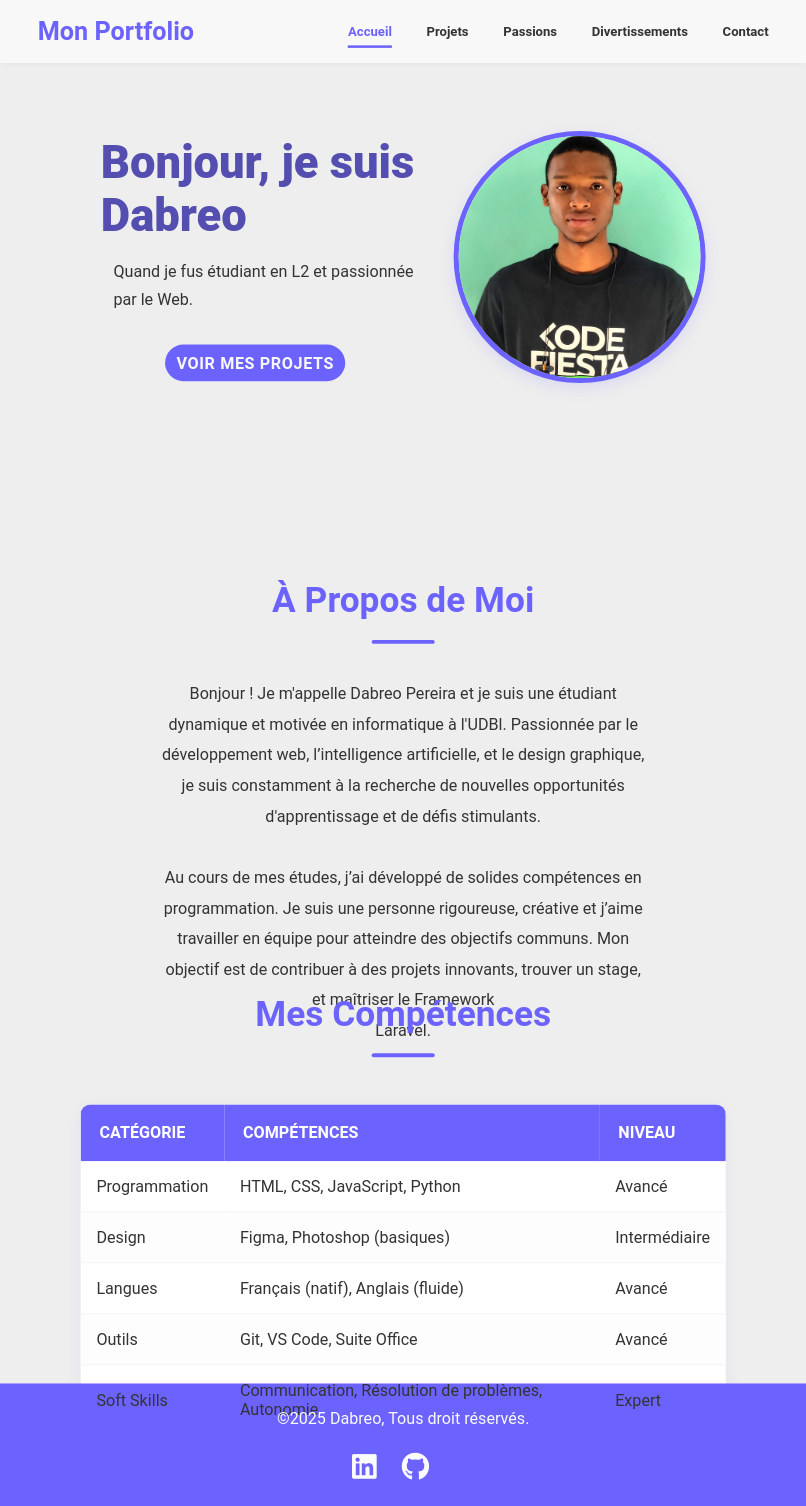
Repository: AnonymeDab/Mon_Porfolio
Page: index.html
These files come from the project's save history. The page is drawn as it stood at one moment and after the next save; the edit follows.
The browser window is 1280 px wide. The pictures show the whole page, at 63% of full size.

Above is the page before, as saved 2025-07-10 15:14:36.

### index.html
<!DOCTYPE html>
<html lang="fr">
<head>
    <meta charset="UTF-8">
    <title>Mon Portfolio</title>
    <link rel="stylesheet" href="style.css">
    <!-- FontAwesome pour les icônes réseaux sociaux -->
    <link rel="stylesheet" href="https://cdnjs.cloudflare.com/ajax/libs/font-awesome/6.4.2/css/all.min.css">
    <!-- <style>
        .mes_competences tbody tr {
            transition: background-color 0.3s ease, transform 0.2s ease;
        }

        .mes_competences tbody tr:hover {
            background-color: #f0f0f0;
            transform: translateY(-5px);
        }

        .mes_competences table td {
            background: transparent; /* <-- Important : laisse la couleur de fond à la ligne */
        }
    </style> -->
</head>
<body>
    <header>
        <h1>Mon Portfolio</h1>
        <nav>
            <ul class="lien_entete">
                <li><a href="index.html" class="active">Accueil</a></li>
                <li><a href="projets.html">Projets</a></li>
                <li><a href="passion.html">Passions</a></li>
                <li><a href="divertissements.html">Divertissements</a></li>
                <li><a href="contacts.html">Contact</a></li>
            </ul>
        </nav>
    </header>

    <section class="acceuil">
        <div class="contenue_acceuil">
            <h1>Bonjour, je suis Dabreo</h1>
            <p>Quand je fus étudiant en L2 et passionnée par le Web.</p>
            <div class="lien_entete">
                <a class="an" href="projets.html">VOIR MES PROJETS</a>
            </div>
        </div>
        <div class="image_acceuil">
            <img src="image/photo_retouchee_pro.png" alt="Image d'accueil">
        </div>

    </section>

    <section class="apropos">
        <h1>À Propos de Moi</h1>
        <p>Bonjour ! Je m'appelle Dabreo Pereira et je suis une étudiant
            dynamique et motivée en informatique à l'UDBl. Passionnée par
            le développement web, l’intelligence artificielle, et le design
            graphique, je suis constamment à la recherche de nouvelles opportunités
             d'apprentissage et de défis stimulants.<br><br>
            Au cours de mes études,
            j’ai développé de solides compétences
            en programmation. Je suis une personne rigoureuse,
            créative et j’aime travailler en équipe pour atteindre des
            objectifs communs. Mon objectif est de contribuer à des projets
            innovants, trouver un stage, et maîtriser le Framework <br> Laravel.</p>

    </section>

    <section class="mes_competences">
        <h1>Mes Compétences</h1>
        <table>
            <thead>
                <tr>
                    <th>CATÉGORIE</th>
                    <th>COMPÉTENCES</th>
                    <th>NIVEAU</th>
                </tr>
            </thead>
            <tbody>
                <tr>
                    <td>Programmation</td>
                    <td>HTML, CSS, JavaScript, Python</td>
                    <td>Avancé</td>
                </tr>
                <tr>
                    <td>Design</td>
                    <td>Figma, Photoshop (basiques)</td>
                    <td>Intermédiaire</td>
                </tr>
                <tr>
                    <td>Langues</td>
                    <td>Français (natif), Anglais (fluide)</td>
                    <td>Avancé</td>
                </tr>
                <tr>
                    <td>Outils</td>
                    <td>Git, VS Code, Suite Office</td>
                    <td>Avancé</td>
                </tr>
                <tr>
                    <td>Soft Skills</td>
                    <td>Communication, Résolution de problèmes, Autonomie</td>
                    <td>Expert</td>
                </tr>
            </tbody>

        </table>
    </section>

    <footer>
        ©2025 Dabreo, Tous droit réservés.
        <div class="lin_footer">
            <a href="https://www.linkedin.com/in/tonprofil" target="_blank">
                <i class="fab fa-linkedin fa-2x"></i>
            </a>
            <a href="https://github.com/tonprofil" target="_blank">
                <i class="fab fa-github fa-2x"></i>
            </a>
            <a href="https://twitter.com/tonprofil" target="_blank">
                <i class="fab fa-x-twitter fa-2x"></i>
            </a>
        </div>
    </footer>
</body>
</html>

### style.css
:root {
    --primary-color: #F8F8F8;
    --secondary-color: #6C63FF;
    --text-color: #333;
    --violet-fonce: #534EB0;
    --header-height: 100px;
    --footer-height: 120px;
    --gris-claire:#EEE;
    --gris-tres-claire:#F8F8F8;
    --orange-vif:#FFA726;
    --taille-ecrit:1.6rem;

}

* {
    margin: 0;
    padding: 0;
    box-sizing: border-box;
}

body {
    background: #EEE;
    font-family: 'Roboto', Arial, sans-serif;
    color: var(--text-color);
    min-height: 100vh;
}

/* ===== HEADER ===== */
header {
    width: 100%;
    height: var(--header-height);
    background: var(--primary-color);
    display: flex;
    align-items: center;
    justify-content: space-between;
    padding: 0 60px;
    box-shadow: 0 2px 10px rgba(0,0,0,0.05);
    position: sticky;
    top: 0;
    z-index: 1000;
}

header h1 {
    font-size: 2.5rem;
    color: var(--secondary-color);
    font-weight: bold;
}


.lien_entete {
    display: flex;
    gap: 30px;
    align-items: center;
    list-style: none;
}

ul li {
    margin-left: 25px;
}

.lien_entete a {
    color: var(--text-color);
    text-decoration: none;
    font-size: 1.3rem;
    font-weight: bold;
    padding: 10px 0;
    position: relative;
    /* border-bottom: 2px solid var(--secondary-color);
    border-bottom: 5px;*/
    transition: width 0.3s ease;
}


.lien_entete a:hover {
    color: var(--secondary-color);
    border-bottom: 4px solid var(--secondary-color);

}

.lien_entete a::after {
    width: 0;
    left: 0;
    bottom: 0;
    content: "";
    position: absolute;
    height: 2.5px;
    /* font-weight: bold; */
    background-color: var(--secondary-color);
    transition: width 0.3s ease;

}

.lien_entete a:hover a::after{
    width: 100%;
}

.lien_entete a.active {
    color: var(--secondary-color);
    border-bottom: 4px solid var(--secondary-color);


}

.lien_entete a.active a::after{
    width: 100%;
}


/* ===== ACCUEIL ===== */
.acceuil {
    width: 75%;
    height: 100vh;
    margin: -50px auto 150px auto;
    display: flex;
    align-items: center;
    justify-content: space-between;
    gap: 50px;
    min-height: 450px;
}

.contenue_acceuil {
    min-width: 40%;
    flex: 1;
    display: flex;
    flex-direction: column;
    justify-content: center;
}

.acceuil h1 {
    font-size: 4.5rem;
    color: var(--violet-fonce);
    font-weight: 800;
    margin-bottom: 25px;
}

.acceuil p {
    margin-left: 20px;
    font-size: var(--taille-ecrit);
    margin-bottom: 50px;
    line-height: 1.7;
}

.acceuil .an {
    background: var(--secondary-color);
    color: var(--primary-color);
    margin-left: 20%;
    display: inline-block;
    padding: 14px 18px;
    border-radius: 35px;
    font-weight: bold;
    font-size: 1.6rem;
    text-decoration: none;
    text-transform: uppercase;
    letter-spacing: 1px;
    cursor: pointer;
    /* box-shadow: 0 5px 20px rgba(108, 99, 255, 0.15); */
    transition: background-color 0.3s ease, transform 0.2s ease;
    width: fit-content;
    /* margin-top: 0.1rem; */
}
.acceuil .an:hover {
    background: var(--secondary-color);
    color: var(--primary-color);
    transform: translateY(-5px);
}

/* .acceuil .an:hover {
    background: var(--violet-fonce);
} */

.acceuil img {
    width: 400px;
    height: 400px;
    object-fit: cover;
    border-radius: 50%;
    border: 8px solid var(--secondary-color);
    box-shadow: 0 8px 24px rgba(108, 99, 255, 0.15);
}

/* ===== À PROPOS ===== */
.apropos {
    width: 60%;
    height: 80vh;
    margin: 80px auto;
    text-align: center;
}

.apropos h1 {
    font-size: 3.5rem;
    color: var(--secondary-color);
    margin-bottom: 20px;
    position: relative;
    padding-bottom: 15px;
}

.apropos h1::after {
    content: "";
    display: block;
    width: 100px;
    height: 6px;
    background: var(--secondary-color);
    margin: 30px auto 20px auto;
    border-radius: 4px;
}

.apropos p {
    font-size: var(--taille-ecrit);
    line-height: 1.9;
    margin-top: 20px;
}

/* ===== COMPÉTENCES ===== */
.mes_competences {
    width: 80%;
    height:75vh;
    margin: 80px auto;
    text-align: center;
}

.mes_competences h1 {
    font-size: 3.5rem;
    color: var(--secondary-color);
    margin-bottom: 15px;
    position: relative;
    padding-bottom: 25px;
}

.mes_competences h1::after {
    content: "";
    display: block;
    width: 100px;
    height: 6px;
    background: var(--secondary-color);
    margin: 30px auto 20px auto;
    border-radius: 4px;
}

.mes_competences table {
    width: 100%;
    border-collapse: collapse;
    margin-top: 30px;
    background: #fff;
    border-radius: 16px;
    overflow: hidden;
    box-shadow: 0 8px 24px rgba(108, 99, 255, 0.08);
    font-size: var(--taille-ecrit);
}

.mes_competences table th {
    background: var(--secondary-color);
    color: white;
    font-weight: 700;
    padding: 30px;
    text-align: left;
}

.mes_competences table td {
    padding: 25px;
    text-align: left;
    background: transparent; /* <-- Important : laisse la couleur de fond à la ligne */
    color: var(--text-color);
    border-bottom: 1.5px solid var(--gris-claire);
}

.mes_competences tbody tr:nth-child(even){
    background-color: #fdfdfd;
}

.mes_competences tbody tr{
    transition: background-color 0.3s ease, transform 0.2s ease;
}

.mes_competences tbody tr:hover{
    background-color: #f0f0f0;
    transform: translateY(-5px);
}

/* .mes_competences table tr:nth-child(4) td {
    border-bottom: none;
}

.mes_competences table tr:last-child td {
    border-bottom: none;
} */

/* ===== FOOTER ===== */
footer {
    width: 100%;
    background: var(--secondary-color);
    color: #fafbfd;
    display: flex;
    flex-direction: column;
    align-items: center;
    justify-content: center;
    padding: 40px 40px;
    font-size: var(--taille-ecrit);
    margin-top: 80px;
}

footer .lin_footer {
    display: flex;
    gap: 40px;
    margin-top: 40px;
}

footer .lin_footer a {
    color: #fafbfd;
    text-decoration: none;
    font-size: 1.4rem;
    transition: color 0.2s ease;
    transition: background-color 0.3s ease, transform 0.2s ease;

}

footer .lin_footer a:hover {
    color: var(--orange-vif);
    transform: translateY(-3px);
}

/* ===== RESPONSIVE ===== */
@media (max-width: 1100px) {
    .acceuil {
        flex-direction: column;
        text-align: center;
    }

    .acceuil img {
        margin-top: 30px;
    }

    .apropos, .mes_competences {
        width: 90%;
    }

    .mes_competences table {
        font-size: 1rem;
    }
}

After the next save:
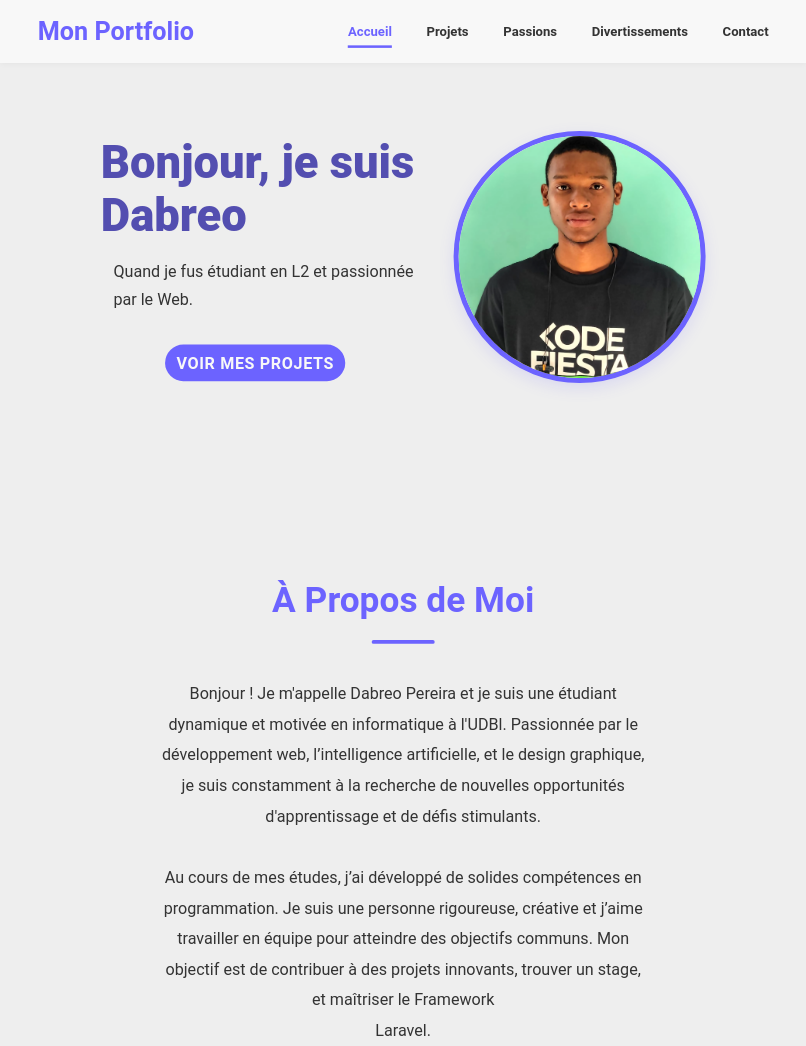
Saved 247 days later.
--- a/index.html
+++ b/index.html
@@ -64,61 +64,3 @@
             innovants, trouver un stage, et maîtriser le Framework <br> Laravel.</p>
 
     </section>
-
-    <section class="mes_competences">
-        <h1>Mes Compétences</h1>
-        <table>
-            <thead>
-                <tr>
-                    <th>CATÉGORIE</th>
-                    <th>COMPÉTENCES</th>
-                    <th>NIVEAU</th>
-                </tr>
-            </thead>
-            <tbody>
-                <tr>
-                    <td>Programmation</td>
-                    <td>HTML, CSS, JavaScript, Python</td>
-                    <td>Avancé</td>
-                </tr>
-                <tr>
-                    <td>Design</td>
-                    <td>Figma, Photoshop (basiques)</td>
-                    <td>Intermédiaire</td>
-                </tr>
-                <tr>
-                    <td>Langues</td>
-                    <td>Français (natif), Anglais (fluide)</td>
-                    <td>Avancé</td>
-                </tr>
-                <tr>
-                    <td>Outils</td>
-                    <td>Git, VS Code, Suite Office</td>
-                    <td>Avancé</td>
-                </tr>
-                <tr>
-                    <td>Soft Skills</td>
-                    <td>Communication, Résolution de problèmes, Autonomie</td>
-                    <td>Expert</td>
-                </tr>
-            </tbody>
-
-        </table>
-    </section>
-
-    <footer>
-        ©2025 Dabreo, Tous droit réservés.
-        <div class="lin_footer">
-            <a href="https://www.linkedin.com/in/tonprofil" target="_blank">
-                <i class="fab fa-linkedin fa-2x"></i>
-            </a>
-            <a href="https://github.com/tonprofil" target="_blank">
-                <i class="fab fa-github fa-2x"></i>
-            </a>
-            <a href="https://twitter.com/tonprofil" target="_blank">
-                <i class="fab fa-x-twitter fa-2x"></i>
-            </a>
-        </div>
-    </footer>
-</body>
-</html>

After the save that followed:
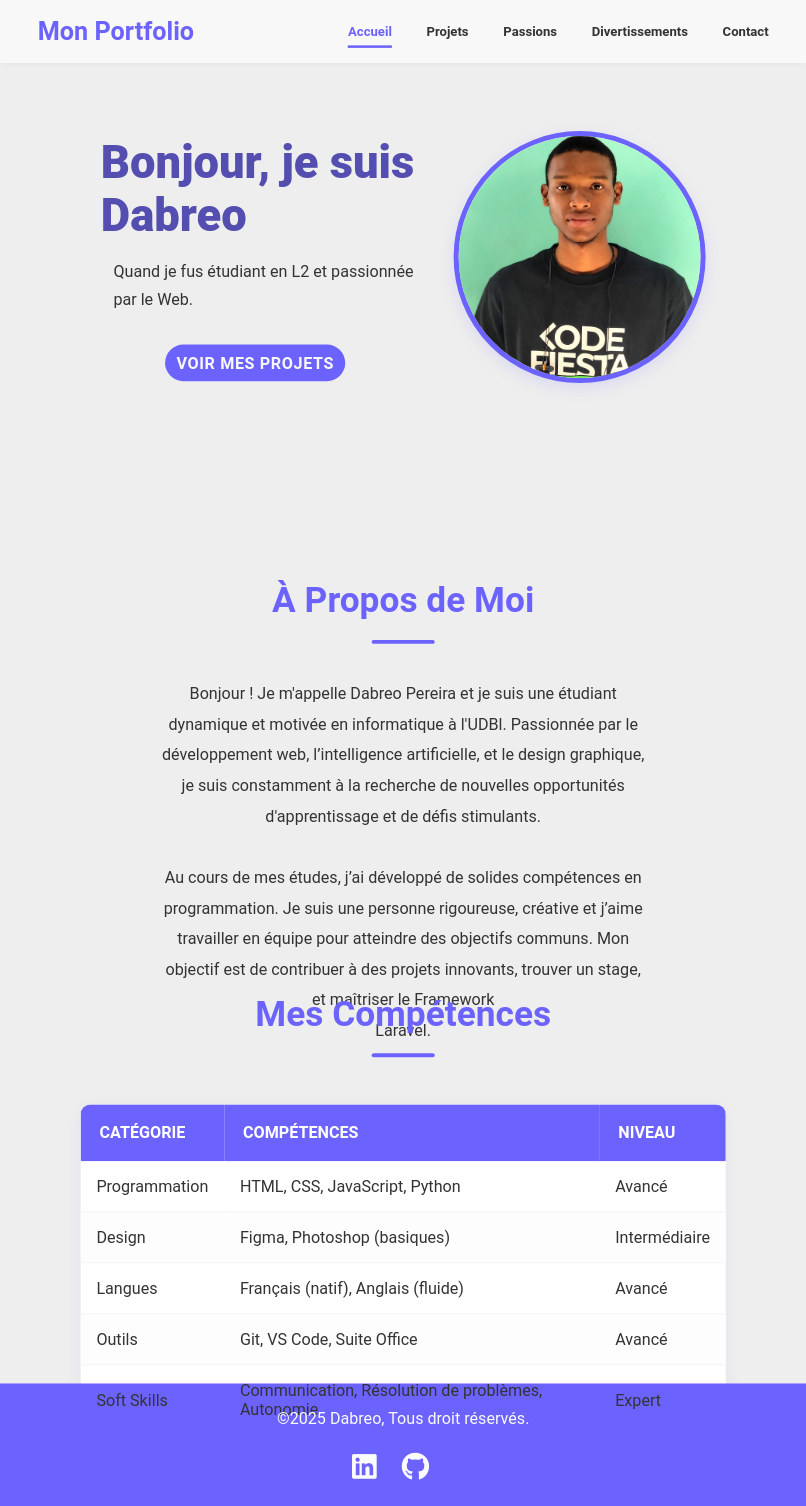
Saved 46 s later.
--- a/index.html
+++ b/index.html
@@ -64,3 +64,61 @@
             innovants, trouver un stage, et maîtriser le Framework <br> Laravel.</p>
 
     </section>
+
+    <section class="mes_competences">
+        <h1>Mes Compétences</h1>
+        <table>
+            <thead>
+                <tr>
+                    <th>CATÉGORIE</th>
+                    <th>COMPÉTENCES</th>
+                    <th>NIVEAU</th>
+                </tr>
+            </thead>
+            <tbody>
+                <tr>
+                    <td>Programmation</td>
+                    <td>HTML, CSS, JavaScript, Python</td>
+                    <td>Avancé</td>
+                </tr>
+                <tr>
+                    <td>Design</td>
+                    <td>Figma, Photoshop (basiques)</td>
+                    <td>Intermédiaire</td>
+                </tr>
+                <tr>
+                    <td>Langues</td>
+                    <td>Français (natif), Anglais (fluide)</td>
+                    <td>Avancé</td>
+                </tr>
+                <tr>
+                    <td>Outils</td>
+                    <td>Git, VS Code, Suite Office</td>
+                    <td>Avancé</td>
+                </tr>
+                <tr>
+                    <td>Soft Skills</td>
+                    <td>Communication, Résolution de problèmes, Autonomie</td>
+                    <td>Expert</td>
+                </tr>
+            </tbody>
+
+        </table>
+    </section>
+
+    <footer>
+        ©2025 Dabreo, Tous droit réservés.
+        <div class="lin_footer">
+            <a href="https://www.linkedin.com/in/tonprofil" target="_blank">
+                <i class="fab fa-linkedin fa-2x"></i>
+            </a>
+            <a href="https://github.com/tonprofil" target="_blank">
+                <i class="fab fa-github fa-2x"></i>
+            </a>
+            <a href="https://twitter.com/tonprofil" target="_blank">
+                <i class="fab fa-x-twitter fa-2x"></i>
+            </a>
+        </div>
+    </footer>
+</body>
+</html>
